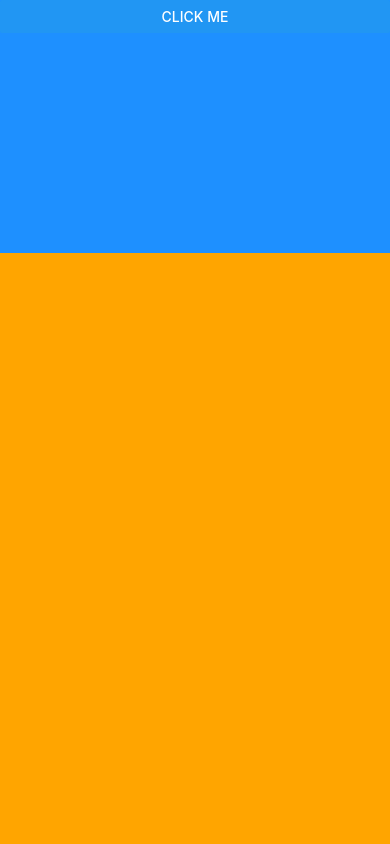
Repository: Callum-Worrall/react-native-test-app
Page: /
These files come from the project's save history. The page is drawn as it stood at one moment and after the next save; the edit follows.
The browser window is 390 px wide. The pictures show the whole page.
The app was drawn by React Native's web renderer in a window 390 px wide. The project was rebuilt for these pictures with package versions that can differ from the ones it lists, and the page was loaded fresh each time.

Above is the page before, as saved 2022-02-17 13:07:56.

### App.js
// import { StatusBar } from 'expo-status-bar';
import {
  StyleSheet,
  View, SafeAreaView, Dimensions, StatusBar, Platform,
  Text, Image, Button, Alert,
  TouchableWithoutFeedback, TouchableHighlight, TouchableOpacity, TouchableNativeFeedback,
} from 'react-native';

//Notes//
//remove all console.logs to increase app performance

export default function App() {

  console.log("App executed.");
  console.log(Dimensions.get("screen")); //doesnt respond to orientation changes
  // console.log(require("./assets/icon.png"));

  return (
    <SafeAreaView style={[styles.container, containerStyle]}>


      <View style={{
        backgroundColor: 'dodgerblue',
        width: '100%',
        height: '30%',
      }}>
        <Button title="Click Me" onPress={() => console.log("Clicked!")} style={{backgroundColor: "orange"}}/>
      </View>


      {/* <Text>Hello</Text> */}
    </SafeAreaView>
  );
}

const containerStyle = { backgroundColor: "orange" }

const styles = StyleSheet.create({
  container: {
    flex: 1,
    backgroundColor: '#fff', //white
    paddingTop: Platform.OS === 'android' ? StatusBar.currentHeight : 0, //status bar for android as SafeAreaView only works iOS
    // paddingTop: 0,
    alignItems: 'center', //horizontal
    // justifyContent: 'center', //vertical
  },
});

After the next save:
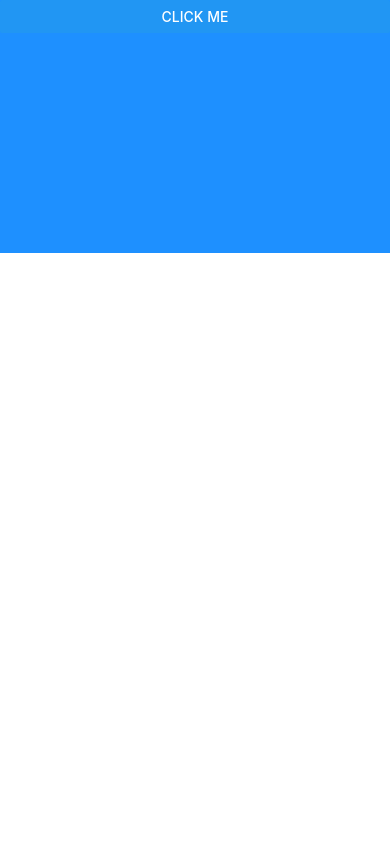
Saved 15 s later.
--- a/App.js
+++ b/App.js
@@ -16,7 +16,7 @@
   // console.log(require("./assets/icon.png"));
 
   return (
-    <SafeAreaView style={[styles.container, containerStyle]}>
+    <SafeAreaView style={[styles.container]}>
 
 
       <View style={{

After the save that followed:
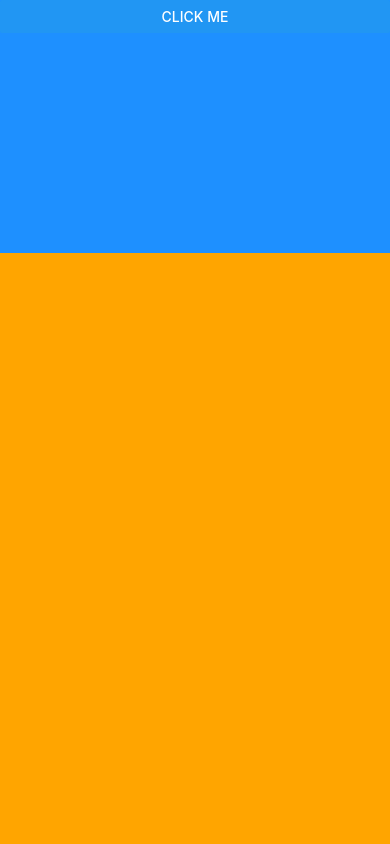
Saved 9 s later.
--- a/App.js
+++ b/App.js
@@ -16,7 +16,7 @@
   // console.log(require("./assets/icon.png"));
 
   return (
-    <SafeAreaView style={[styles.container]}>
+    <SafeAreaView style={[styles.container, containerStyle]}>
 
 
       <View style={{
